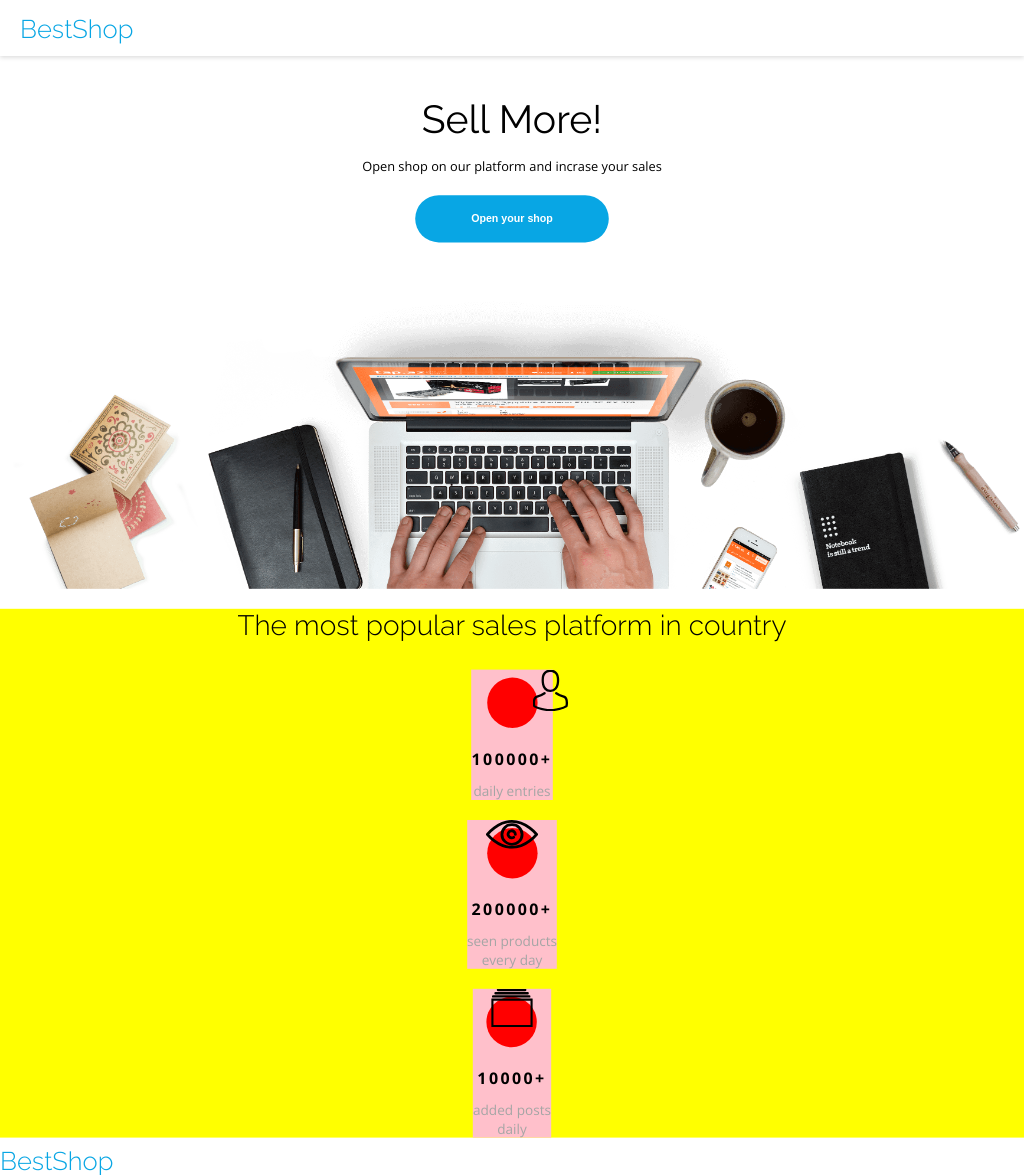
Repository: artwol993/BestShop
Page: index.html
These files come from the project's save history. The page is drawn as it stood at one moment and after the next save; the edit follows.
The browser window is 1280 px wide. The pictures show the whole page, at 80% of full size.
The style sheet was rebuilt from its Sass, Less or Tailwind sources for each picture, by a compiler version that may differ from the author's.

Above is the page before, as saved 2020-05-28 20:19:32.

### index.html
<!DOCTYPE html>
<html lang="en">
<head>
    <meta charset="UTF-8">
    <meta name="viewport" content="width=device-width, initial-scale=1.0">
    <title>BestShop[artwol993]</title>
    <link rel="stylesheet" href="css/main.css">
    <style>
        @import url('https://fonts.googleapis.com/css2?family=Open+Sans:wght@400;700&display=swap');
    </style>
    <style>
        @import url('https://fonts.googleapis.com/css2?family=Raleway:wght@300;400;700;800&display=swap');
    </style>
</head>
<body>
    <div class="main__container">
        <header>
            <div class="logo">BestShop</div>
            <nav class="nav">
                <!-- <button class="hamburger" aria-label="Menu">
                    <span class="hamburger__container" tabindex="-1">
                        <span class="hamburger__bars"></span>
                      </span>
                </button> -->
                <div class="side__menu">
                    <!-- <ul class="nav__list">
                        <li class="nav__list-item"><a href="" class="nav__link">why us</a></li>
                        <li class="nav__list-item"><a href="" class="nav__link">benefits</a></li>
                        <li class="nav__list-item"><a href="" class="nav__link">prices</a></li>
                        <li class="nav__list-item"><a href="" class="nav__link">contact</a></li>
                    </ul> -->
                </div>
            </nav>
        </header>

        <div class="content__container">
            <div class="main">

<!-- welcome-section -->

                <section class="welcome">
                    <div class="welcome__content">
                        <h1>Sell More!</h1>
                        <p>Open shop on our platform and incrase your sales</p>
                        <button class="main-btn">Open your shop</button>
                    </div>
                    <img src="/assets/Background.png" alt="notebook-picture" class="welcome__picture">
                </section>

<!-- stats-section -->

                <section class="stats">
                    <h2>The most popular sales platform in country</h2>
                    <div class="stats__container">
                        <div class="stats__bin">
                            <div class="stats-circle"></div>
                            <img src="./assets/Person.svg" alt="person-contour" class="stats__img-person">
                            <span>100000+</span>
                            <p>daily entries</p>
                        </div>
                        <div class="stats__bin">
                            <div class="stats-circle"></div>
                            <img src="./assets/Eye.svg" alt="person-contour" class="stats__img-eye">
                            <span>200000+</span>
                            <p>seen products<br> every day</p>
                        </div>
                        <div class="stats__bin">
                            <div class="stats-circle"></div>
                            <img src="./assets/Catalog.svg" alt="person-contour" class="stats__img-catalog">
                            <span>10000+</span>
                            <p>added posts <br> daily</p>
                        </div>
                    </div>
                </section>

<!-- profits-section -->

                <section class="profits"></section>
                <section class="pricing"></section>
                <section class="contact"></section>
            </div>
        </div>

        <footer>
            <div class="logo">BestShop</div>
            <div class="footer-icon"></div>
            <div class="footer-icon"></div>
        </footer>
    </div>
</body>
</html>

### scss/main.scss
    $c-primary-first: #08a6e4;
    $c-primary-second: #fb3b64;
    $c-primary-third: #55dfb4;
    $c-black: #000000;
    $c-white: #ffffff;
    $c-background: #f7f7f7;
    $c-details: #a5a5a5;
    $c-shadow: #00000029;
    $f-h: 'Raleway', sans-serif;
    $f-p: 'Open Sans', sans-serif;
    $fw-light: 300;
    $fw-normal: 400;
    $fw-bold: 700;
    $fw-black: 800;

/*reset*/

  * {
      margin: 0;
      padding: 0;
      box-sizing: border-box;
  }

  /* fonts */

  a, p, ul, span {
    font-family: $f-p;
  }

  h1 {
    font-size: 3.063rem;
    font-weight: $fw-normal;
    font-family: $f-h;
    color: $c-black;
  }

  h2 {
    font-size: 2.188rem;
    font-weight: $fw-light;
    margin: 5px 45px;
    font-family: $f-h;
    color: $c-black;
  }

  h3 {
    font-size: 1.25rem;
    font-weight: $fw-bold;
    margin: 5px;
    font-family: $f-h;
    color: $c-black;
  }

  .logo {
    font-size: 2rem;
    font-weight: $fw-light;
    font-family: $f-h;
    color: $c-primary-first;
    text-decoration: none;
    cursor: pointer;
  }

  .body {
      width: 100vh;
  }
  /*header*/
  header {
      height: 70px;
      display: flex;
      align-items: center;
      justify-content: space-between;
      padding: 0 25px;
      box-shadow: 0px 3px 6px $c-shadow;
  }

//   .hamburger {
//     margin: 0;
//     padding: 0;
//     border: 0;
//     background-color: transparent;
//     cursor: pointer;
//     &:focus {
//         & > .hamburger__container {
//           	box-shadow: 0 0 2px 2px #51a7e8;
//         }
//     }
//   }

//   .hamburger__container {
//     display: flex;
//     align-items: center;
//     position: relative;
//     width: 35px;
//     height: 30px;
//   }

//   .hamburger__bars {
//     position: absolute;
//     width: 35px;
//     height: 2px;
//     background-color: #000;
//     transition: transform 220ms ease-in-out;
//     &:before, &:after {
//         display: block;
//         position: absolute;
//         width: 35px;
//         height: 2px;
//         background-color: #000;
//         content: '';
//     }
//     &:before {
//         top: -12px;
//         transition: top 100ms 250ms ease-in, transform 220ms ease-in-out;
//     }
//     &:after {
//         bottom: -12px;
//         transition: bottom 100ms 250ms ease-in,
//           			transform 220ms ease-in-out;
//     }
//   }

//   .hamburger--active {
//     .hamburger__bars {
//         transform: rotate(225deg);
//         transition: transform 220ms 120ms ease-in-out;
//         &:before {
//             top: 0;
//             transition: top 100ms ease-out;
//         }
//         &:after {
//             bottom: 0;
//             transform: rotate(-90deg);
//             transition: bottom 100ms ease-out,
//             		  	transform 220ms 120ms ease-in-out;
//         }
//     }
// }

//   .hamburger, .hamburger__container {
//     &:focus {
//       	outline: none;
//   	}
//   }

//   .side__menu {
//     display: flex;
//     box-sizing: border-box;
//     position: absolute;
//     height: 70%;
//     width: 200px;
//     top: 70px;
//     right: -300px;
//     padding: 0;
//     background-color: red;
//     transition: 0.3s transform ease-in-out;
//   }

//   .side__menu ul {
//     position: absolute;
//     display: flex;
//     flex-direction: column;
//     box-sizing: border-box;
//     height: calc(100% - 70px);
//     flex-wrap: wrap;
//     margin: 0 10px;
//     padding: 0;
//     list-style-type: none;
//     align-content: flex-start;
//   }

//   .side-__menu ul li {
//     display: flex;
//     flex-direction: column;
//     height: 30px;
//     background: $c-primary-second;
//     flex-basis: 100%;
//     margin-top: 70px;
//     color: #696e9e;
//     border-radius: 5px;
//     overflow: hidden;
//   }

//   .side__menu ul li a {
//     display: flex;
//     padding: 10px;
//     align-items: center;
//     width: 100%;
//     height: 100%;
//     background: $c-primary-third;
//     text-decoration: none;
//     box-sizing: border-box;
//   }

//   .hamburger:focus ~ .side__menu, .side__menu:hover {
//     transform: translateX(-300px);
//   }

.nav__list {
  display: flex;
  justify-content: space-around;
  align-items: center;
}

.nav__list-item {
  // padding: 10px;
  list-style: none;
  // margin-right: 50px;
}

.nav__link {
  color: $c-details;
  font-weight: $fw-bold;
  text-decoration: none;
  text-transform: uppercase;
  font-size: 11px;

  &:hover {
    color: $c-black;
    border-bottom: solid 3px $c-primary-first;
    padding-bottom: 23px;
  }
}

/*content*/

.content__container {
  // width: calc(100% - 20%);
  // background: pink;
  display: flex;
  align-items: center;
  justify-content: center;
}

// .main {
//   background: blue;
// }

.welcome {
  display: flex;
  flex-direction: column;
  align-items: center;

}

.welcome__content {
  margin: 50px 10px;
  display: flex;
  flex-direction: column;
  align-items: center;
}

.welcome__content p {
  text-align: center;
  margin-top: 20px;
}

.main-btn {
  margin-top: 25px;
  padding: 22px 70px;
  border-radius: 40px;
  font-weight: 800;
  border: none;
  text-align: center;
  text-decoration: none;
  background: $c-primary-first;
  color: $c-white;
}

.welcome__picture {
  width: 100%;
  height: auto;
  margin-bottom: 20px;
  object-position: center;

}

// stats-section

.stats {
  background:yellow;
}

.stats h2 {
  text-align: center;
}

.stats__container {
  display: flex;
  flex-direction: column;
  align-items: center;
  margin: 10px 0;
}

.stats__bin {
  margin-top: 25px;
  background: pink;
  display: flex;
  flex-direction: column;
  align-items: center;
}

.stats-circle {
  width: 63px;
  height: 63px;
  border-radius: 50%;
  position: relative;
  background: $c-primary-first;
  margin: 10px 0;
}

.stats-circle:first-of-type {
  background: red;
}

// .stats-circle {
//   background: $c-primary-third;
// }

img[class*="stats__img"] {
  position: absolute;
}

.stats__img-person {
  left: 52%;
}

.stats__bin span {
  font-size: 20px;
  font-weight: $fw-bold;
  margin-top: 15px;
  letter-spacing: 3px;
}

.stats__bin p {
  margin-top: 15px;
  font-size: 17px;
  font-weight: $fw-normal;
  color: $c-details;
  text-align: center;
}

After the next save:
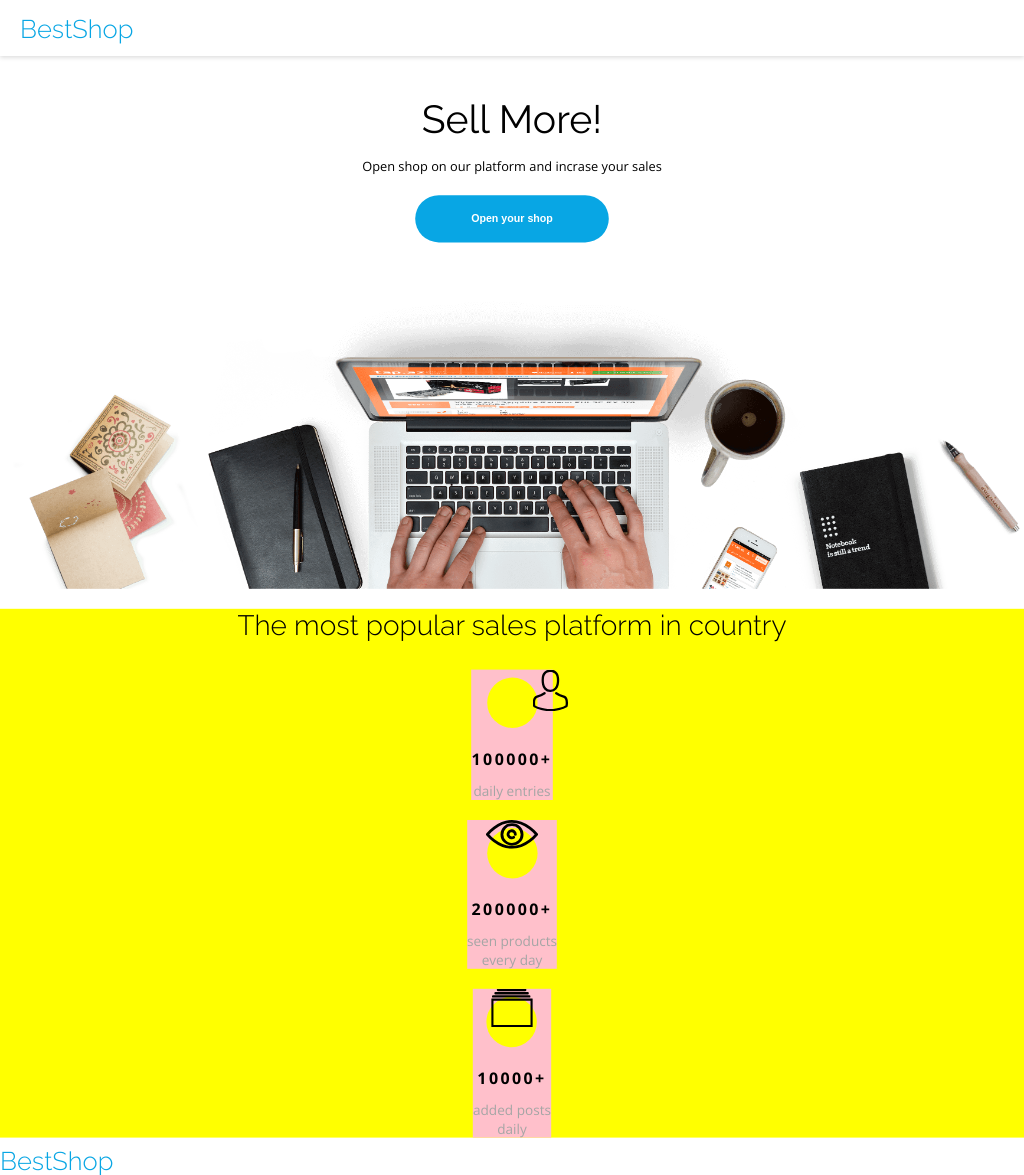
Saved 30 s later.
--- a/scss/main.scss
+++ b/scss/main.scss
@@ -311,9 +311,9 @@
   background: red;
 }
 
-// .stats-circle {
-//   background: $c-primary-third;
-// }
+.stats-circle:last-of-type {
+  background: yellow;
+}
 
 img[class*="stats__img"] {
   position: absolute;

After the save that followed:
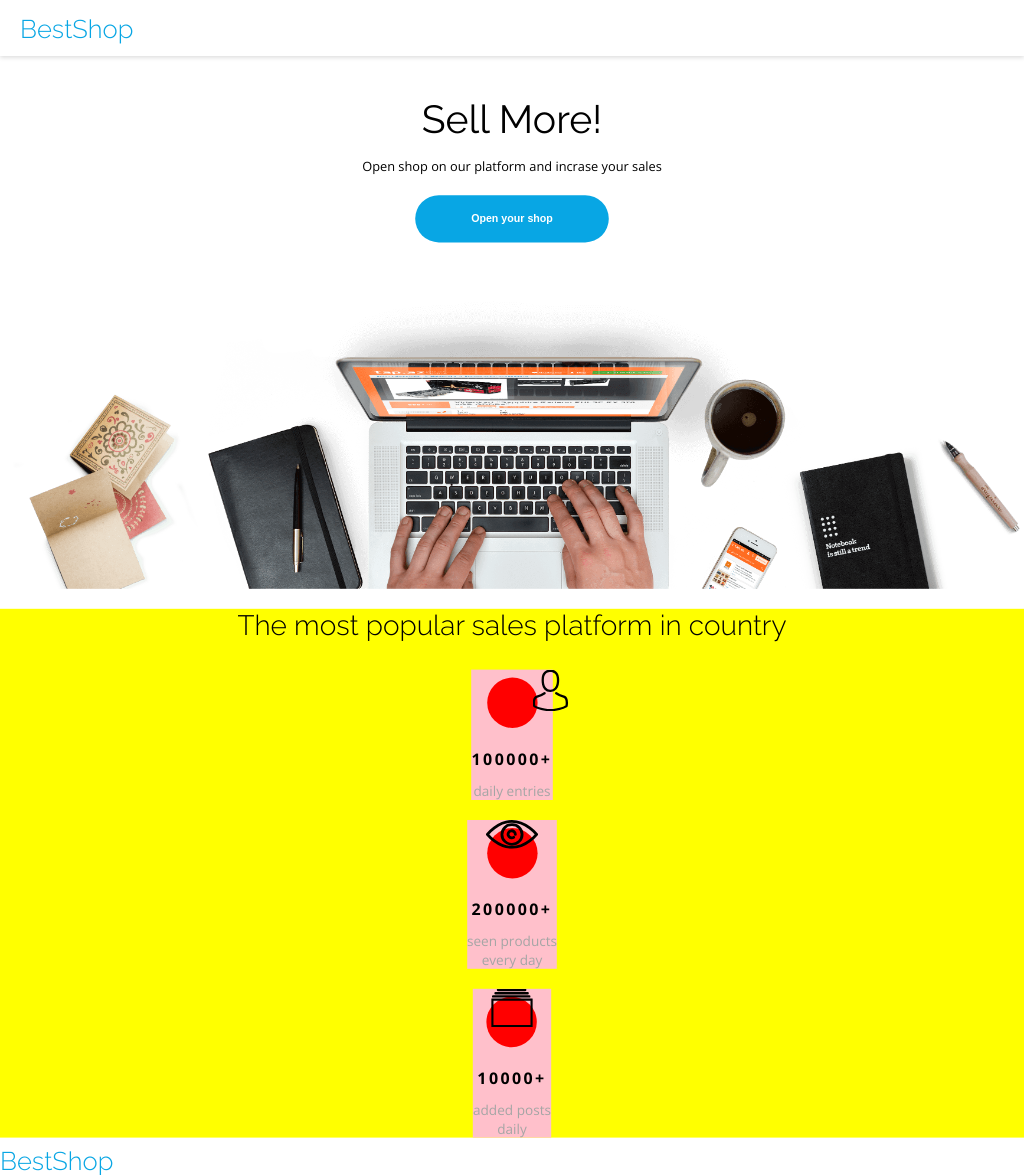
Saved 14 s later.
--- a/scss/main.scss
+++ b/scss/main.scss
@@ -311,7 +311,7 @@
   background: red;
 }
 
-.stats-circle:last-of-type {
+.stats-circle:last-child {
   background: yellow;
 }
 
